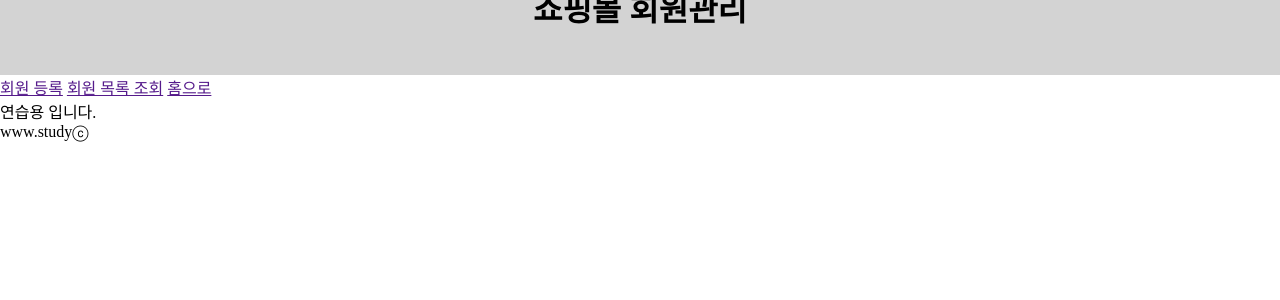
Repository: jieun000/Craftsman_Information_Processing
Page: http://localhost/00_study/
An editor plug-in stored every save of this project. The page is shown before and after the next save, followed by the edit.
The browser window is 1280 px wide. The pictures show the whole page.
The page is served by Tomcat 9.

Above is the page before, as saved 2023-07-02 13:17:16.

After the next save:
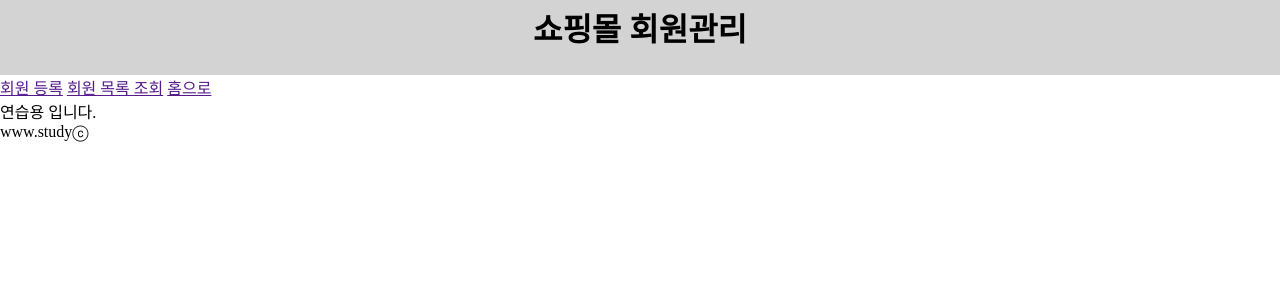
Saved 11 s later.
--- a/00_study/WebContent/index.jsp
+++ b/00_study/WebContent/index.jsp
@@ -15,7 +15,7 @@
 		height: 75px;
 		background: lightgray;
 		text-align: center;
-		line-height: 20px;
+		line-height: 60px;
 	}
 </style>
 </head>
